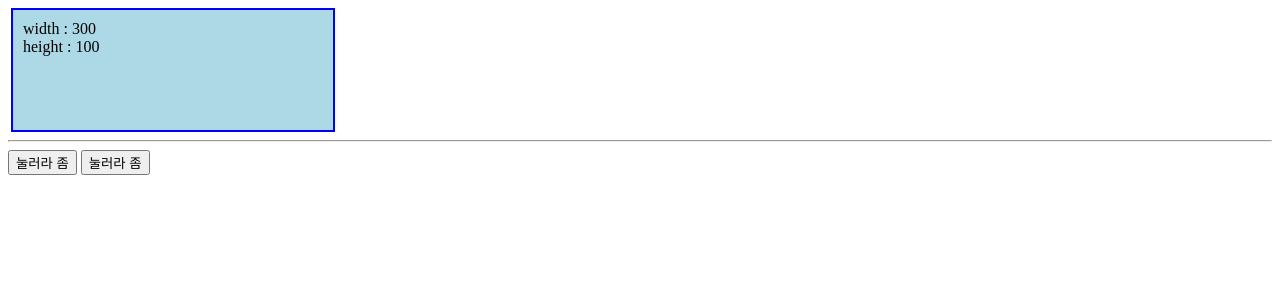
Repository: tjdwlsl/jspstudy
Page: http://localhost/JQuery_Ajax/jquery/ex14_width_height.jsp
These files come from the project's save history. The page is drawn as it stood at one moment and after the next save; the edit follows.
The browser window is 1280 px wide. The pictures show the whole page.
After loading, the first visible `#btn1` was clicked once.
The page is served by Tomcat 9.

Above is the page before, as saved 2023-07-19 08:14:08.

After the next save:
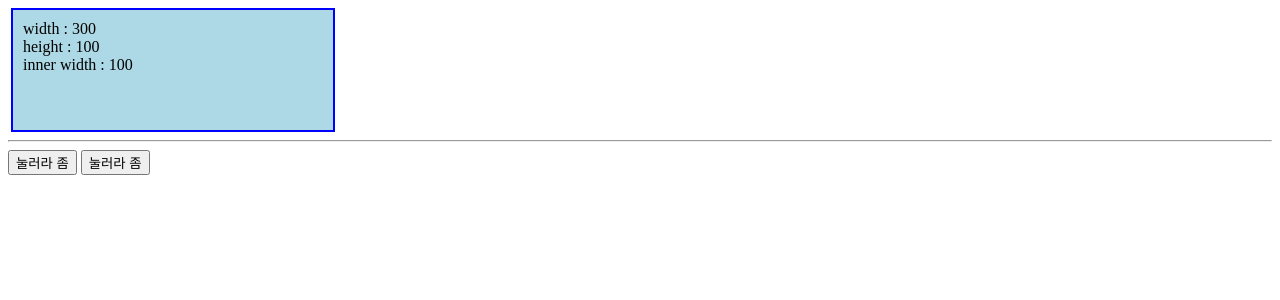
Saved 80 s later.
--- a/JQuery_Ajax/src/main/webapp/jquery/ex14_width_height.jsp
+++ b/JQuery_Ajax/src/main/webapp/jquery/ex14_width_height.jsp
@@ -21,7 +21,8 @@
 $(document).ready(function(){
 	$("#btn1").on("click", function() {
 		var txt = "width : " + $("#mydiv").width()+"<br>";
-		txt += "height : " + $("#mydiv").height();
+		txt += "height : " + $("#mydiv").height()+"<br>";
+		txt += "inner width : " + $("#mydiv").height()+"<br>";
 		$("#mydiv").append(txt);
 	});
 });
